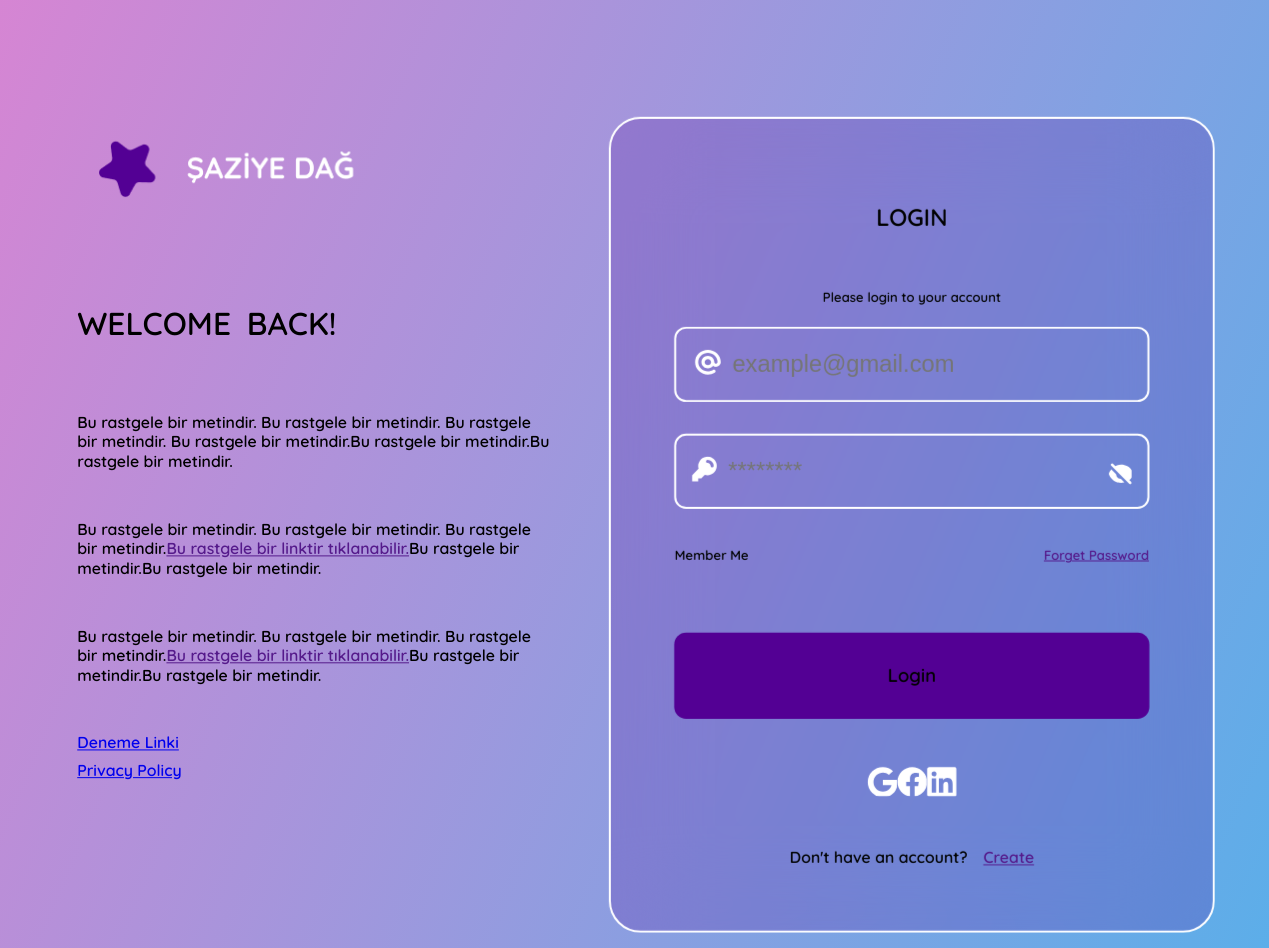
Repository: szydag/login
Page: /
An editor plug-in stored every save of this project. The page is shown before and after the next save, followed by the edit.
The browser window is 1280 px wide. The page is 1282 px wide, so the pictures cover 1282 px, including what lies to the right of the window. The pictures show the whole page, at 99% of full size.
The project was rebuilt for these pictures with package versions that can differ from the ones it lists, and the page was loaded fresh each time. Also part of the build but not shown: src/assets/svgr/unhiddenIcon/index.js.

Above is the page before, as saved 2023-11-01 23:51:57.

### src/index.js
import React from 'react';
import ReactDOM from 'react-dom/client';
import App from './app/index';
import {
    BrowserRouter
} from "react-router-dom";

const root = ReactDOM.createRoot(document.getElementById('root'));
root.render(
    <BrowserRouter>
        <App />
    </BrowserRouter>
);

### src/app/index.js
import LoginPage from "./pages/login";
import useStyles from "./style";

const App = () => {
    const classes = useStyles();
    return <div
        className={classes.main}
    >
        <LoginPage />
    </div>

};

export default App;

### src/app/pages/login/index.js
import React, { useEffect } from 'react'
import useStyles from './style';
import logo from './../../../assets/logo.png'
import MailIcon from './../../../assets/svgr/mailIcon/index.js'
import PasswordIcon from './../../../assets/svgr/passwordIcon/index.js'
import HiddenIcon from './../../../assets/svgr/hiddenIcon/index.js'
import UnhiddenIcon from './../../../assets/svgr/unhiddenIcon/index.js'
import GoogleIcon from './../../../assets/svgr/googleIcon/index.js'
import FacebookIcon from './../../../assets/svgr/facebookIcon/index.js'
import LinkedInIcon from './../../../assets/svgr/linkedInIcon/index.js'
const LoginPage = () => {

    const classes = useStyles();
    return <div
        className={classes.loginPage}
    >
        <div
            className={classes.promotionTexts}
        >
            <div
                className={classes.logo}
            >
                <img
                    src={logo}
                    alt=""
                />
            </div>
            <div
                className={classes.mainContent}
            >
                <div
                    className={classes.title}
                >
                    <h1>WELCOME</h1>
                    <h1>BACK!</h1>
                </div>
                <div
                    className={classes.contentText}
                >
                    <p>
                        Bu rastgele bir metindir. Bu rastgele bir metindir. Bu rastgele bir metindir. Bu rastgele bir metindir.Bu rastgele bir metindir.Bu rastgele bir metindir.
                    </p>
                    <p>
                        Bu rastgele bir metindir. Bu rastgele bir metindir. Bu rastgele bir metindir.
                        <a
                            href=""
                        >
                            Bu rastgele bir linktir tıklanabilir.
                        </a>
                        Bu rastgele bir metindir.Bu rastgele bir metindir.
                    </p>
                    <p>
                        Bu rastgele bir metindir. Bu rastgele bir metindir. Bu rastgele bir metindir.
                        <a
                            href=""
                        >
                            Bu rastgele bir linktir tıklanabilir.
                        </a>
                        Bu rastgele bir metindir.Bu rastgele bir metindir.
                    </p>
                </div>
                <div
                    className={classes.links}
                >
                    <a
                        href="

                    ">
                        Deneme Linki
                    </a>
                    <a
                        href="

                    ">
                        Privacy Policy
                    </a>
                </div>

            </div>
        </div>
        <div
            className={classes.loginAreaContainer}
        >
            <div
                className={classes.loginArea}
            >
                <div
                    className={classes.header}
                >
                    <h2>LOGIN</h2>
                    <h5>Please login to your account</h5>
                </div>
                <div
                    className={classes.container}
                >
                    <div
                        className={classes.loginMainContent}
                    >
                        <div
                            className={classes.inputArea}
                        >
                            <div
                                className={classes.mailInput}
                            >

                                <div
                                    className={classes.content}
                                >
                                    <MailIcon
                                        color='#ffffff'
                                        size={30}
                                    />
                                    <input
                                        className={classes.input}
                                        type="text"
                                        placeholder='example@gmail.com'
                                    />
                                </div>
                            </div>
                            <div
                                className={classes.passwordInput}
                            >
                                <div
                                    className={classes.content}
                                >
                                    <PasswordIcon
                                        color='#ffffff'
                                        size={30}
                                    />
                                    <input
                                        className={classes.input}
                                        type="password"
                                        placeholder='********'
                                    />
                                    <HiddenIcon
                                        color='#ffffff'
                                        size={30}
                                    />
                                </div>


                            </div>
                        </div>
                        <div
                            className={classes.passwordSettingsArea}
                        >
                            <div
                                className={classes.memberMeArea}
                            >
                                <h5>Member Me</h5>
                            </div>
                            <h5>
                                <a href="">
                                    Forget Password
                                </a>
                            </h5>
                        </div>
                    </div>
                    <div
                        className={classes.loginButton}
                    >
                        <h3>Login</h3>
                    </div>
                </div>
                <div
                    className={classes.accountSettings}
                >
                    <div
                        className={classes.accountSettingsTitle}
                    >

                    </div>
                    <div
                        className={classes.socialMediaIcons}
                    >
                        <GoogleIcon
                            color='#ffffff'
                            size={30}
                        />
                        <FacebookIcon
                            color='#ffffff'
                            size={30}
                        />
                        <LinkedInIcon
                            color='#ffffff'
                            size={30}
                        />
                    </div>
                    <div
                        className={classes.newAccountArea}
                    >
                        <span>
                            Don't have an account?
                        </span>
                        <a href="">
                            Create
                        </a>
                    </div>
                </div>
            </div>
        </div>
    </div>
}

export default LoginPage;

### src/app/style.js
import { createUseStyles } from "react-jss";

const useStyles = createUseStyles({
    "@font-face": [
        {
            fontFamily: "Quicksand-Bold",
            src: 'url("/public/assets/fonts/Quicksand-Bold.ttf")',
            fontStyle: "normal"
        },
        {
            fontFamily: "Quicksand-Light",
            src: 'url("/public/assets/fonts/Quicksand-Light.ttf")',
            fontStyle: "normal"
        },
        {
            fontFamily: "Quicksand-Medium",
            src: 'url("/public/assets/fonts/Quicksand-Medium.ttf")',
            fontStyle: "normal"
        },
        {
            fontFamily: "Quicksand-Regular",
            src: 'url("/public/assets/fonts/Quicksand-Regular.ttf")',
            fontStyle: "normal"
        },
        {
            fontFamily: "Quicksand-SemiBold",
            src: 'url("/public/assets/fonts/Quicksand-SemiBold.ttf")',
            fontStyle: "normal"
        }
    ],
    main: {
        fontFamily: "Quicksand-SemiBold",
        width: '100%',
        height: '100%',
    },
})
export default useStyles;

### src/app/pages/login/style.js

import { createUseStyles } from "react-jss";

const useStyles = createUseStyles({
    "@font-face": [
        {
            fontFamily: "Quicksand-Bold",
            src: 'url("/public/assets/fonts/Quicksand-Bold.ttf")',
            fontStyle: "normal"
        },
        {
            fontFamily: "Quicksand-Light",
            src: 'url("/public/assets/fonts/Quicksand-Light.ttf")',
            fontStyle: "normal"
        },
        {
            fontFamily: "Quicksand-Medium",
            src: 'url("/public/assets/fonts/Quicksand-Medium.ttf")',
            fontStyle: "normal"
        },
        {
            fontFamily: "Quicksand-Regular",
            src: 'url("/public/assets/fonts/Quicksand-Regular.ttf")',
            fontStyle: "normal"
        },
        {
            fontFamily: "Quicksand-SemiBold",
            src: 'url("/public/assets/fonts/Quicksand-SemiBold.ttf")',
            fontStyle: "normal"
        }
    ],
    h1: {
        fontFamily: 'Quicksand-SemiBold',
    },
    loginPage: {
        margin: "-10px",
        height: '100vh',
        display: 'flex',
        padding: '120px 80px',
        alignItems: 'flex-start',
        gap: '80px',
        background: 'linear-gradient(113deg, #B9A675 0%, #D685D3 0%, #5CAEE9 100%)',
    },
    promotionTexts: {
        width: '50%',
        display: 'flex',
        flexDirection: 'column',
        alignItems: 'flex-start',
        gap: '64px',
    },
    logo: {
        display: 'flex',
        alignItems: 'center',
        gap: '8px',
    },
    mainContent: {
        display: 'flex',
        flexDirection: 'column',
        justifyContent: ' center',
        alignItems: 'flex-start',
        gap: '32px',
    },
    title: {
        display: 'flex',
        alignItems: 'flex-start',
        gap: '16px',
    },
    contentText: {
        display: 'flex',
        flexDirection: 'column',
        alignItems: 'flex - start',
        gap: '16px',
    },
    links: {
        display: 'flex',
        flexDirection: 'column',
        alignItems: 'flex-start',
        gap: '8px',
    },
    loginAreaContainer: {
        width: '50%',
        display: 'flex',
        flexDirection: 'column',
        justifyContent: 'center',
        alignItems: 'center',
    },
    loginArea: {
        display: 'flex',
        padding: '64px',
        flexDirection: 'column',
        justifyContent: 'center',
        alignItems: 'center',
        borderRadius: '32px',
        border: '2px solid #FFF',
        background: 'rgba(83, 0, 148, 0.20)',
        backdropFilter: 'blur(45px)',
    },
    header: {
        display: 'flex',
        flexDirection: 'column',
        alignItems: 'center',
        gap: '16px',
    },
    container: {
        display: 'flex',
        flexDirection: 'column',
        alignItems: 'flex-start',
        gap: '48px',
        alignSelf: 'stretch',
    },
    loginMainContent: {
        display: 'flex',
        flexDirection: 'column',
        justifyContent: 'center',
        alignItems: 'center',
        gap: '16px',
        alignSelf: 'stretch',
    },
    inputArea: {
        display: 'flex',
        flexDirection: 'column',
        alignItems: 'flex-start',
        gap: '32px',
        alignSelf: 'stretch',
    },
    mailInput: {
        display: 'flex',
        height: '40px',
        padding: '16px',
        flexDirection: 'column',
        justifyContent: 'center',
        alignItems: 'flex-start',
        borderRadius: '12px',
        border: '2px solid #FFF',
        alignSelf: 'stretch',
    },
    content: {
        width: '100%',
        height: '100%',
        display: 'flex',
        justifyContent: 'center',
        alignItems: 'center',
        gap: '6px',
    },
    input: {
        width: '90%',
        height: '100%',
        border: 'none',
        background: 'rgba(255, 255, 255, 0.00)',
        color: '#530094',
        fontSize: '24px'
    },
    passwordInput: {
        display: 'flex',
        height: '40px',
        padding: '16px',
        justifyContent: 'space-between',
        alignItems: 'center',
        alignSelf: 'stretch',
        borderRadius: '12px',
        border: '2px solid #FFF',
    },
    passwordSettingsArea: {
        display: 'flex',
        justifyContent: 'space-between',
        alignItems: 'flex-start',
        alignSelf: 'stretch',
    },
    memberMeArea: {
        display: 'flex',
        alignItems: 'center',
        gap: '16px',
    },
    loginButton: {
        display: 'flex',
        padding: '13px 215px',
        justifyContent: 'center',
        alignItems: 'center',
        gap: '10px',
        alignSelf: 'stretch',
        borderRadius: '12px',
        background: '#530094',
    },
    accountSettings: {
        display: 'flex',
        flexDirection: 'column',
        alignItems: 'center',
        gap: '48px',
    },
    accountSettingsTitle: {
        display: 'flex',
        justifyContent: 'center',
        alignItems: 'center',
        gap: '8px',
    },
    socialMediaIcons: {
        gap: '40px'
    },
    newAccountArea: {
        display: 'flex',
        justifyContent: 'center',
        alignItems: 'flex-start',
        gap: '16px',
    },
})
export default useStyles;

### src/assets/svgr/mailIcon/index.js
import * as React from "react"
const MailIcon = ({
    color = "#ffffff",
    size = 30,
    ...props
}) => {
    const pathScale = 30 / size;
    return <svg
        xmlns="http://www.w3.org/2000/svg"
        width={size}
        height={size}
        fill="none"
        {...props}
    >
        <path
            fill={color}
            transform={`scale(${1 / 1})`}
            d="M19.894 6.125c-3.807-3.661-9.98-3.661-13.788 0s-3.808 9.597 0 13.258c3.31 3.183 8.41 3.6 12.187 1.248.753-.47 1.759-.263 2.247.461.488.725.273 1.692-.48 2.161-5.038 3.138-11.837 2.586-16.252-1.66-5.077-4.881-5.077-12.796 0-17.678 5.076-4.881 13.308-4.881 18.384 0C24.73 6.355 26 9.558 26 12.755c0 2.588-2.183 4.687-4.875 4.687a4.982 4.982 0 0 1-2.925-.937c-1.186 1.517-3.074 2.5-5.2 2.5-3.59 0-6.5-2.799-6.5-6.25 0-3.453 2.91-6.25 6.5-6.25s6.5 2.797 6.5 6.25c0 .862.727 1.562 1.625 1.562s1.625-.7 1.625-1.563c0-2.402-.952-4.798-2.856-6.629Zm-3.644 6.63c0-1.727-1.455-3.126-3.25-3.126s-3.25 1.4-3.25 3.125c0 1.726 1.455 3.125 3.25 3.125s3.25-1.399 3.25-3.125Z"
        />
    </svg>
}
export default MailIcon

### src/assets/svgr/passwordIcon/index.js
import * as React from "react"
const PasswordIcon = ({
    color = "#ffffff",
    size = 30,
    ...props
}) => {
    const pathScale = 30 / size;
    return <svg
        xmlns="http://www.w3.org/2000/svg"
        width={size}
        height={size}
        fill="none"
        {...props}
    >
        <path
            fill={color}
            transform={`scale(${1 / 1})`}
            d="M25 9.63a9.375 9.375 0 0 1-12.098 8.972L9.375 22.13H6.25v3.125H0v-6.25l6.652-6.652A9.375 9.375 0 1 1 25 9.63Zm-9.375-6.25a1.563 1.563 0 0 0 0 3.124c1.726 0 3.125 1.4 3.125 3.125a1.563 1.563 0 0 0 3.125 0 6.25 6.25 0 0 0-6.25-6.25Z"
        />
    </svg>
}
export default PasswordIcon

### src/assets/svgr/hiddenIcon/index.js
import * as React from "react"
const HiddenIcon = ({
    color = "#ffffff",
    size = 30,
    ...props
}) => {
    const pathScale = 30 / size;
    return <svg
        xmlns="http://www.w3.org/2000/svg"
        width={size}
        height={size}
        fill="none"
        {...props}
    >
        <path
            fill={color}
            transform={`scale(${1 / 1})`}
            d="M9.256 7.404a1.31 1.31 0 1 0-1.852 1.853l18.34 18.34a1.31 1.31 0 1 0 1.852-1.854l-1.93-1.93A13.119 13.119 0 0 0 30 17.5c-1.67-5.315-6.634-9.17-12.5-9.17-2.127 0-4.135.507-5.911 1.407L9.256 7.404Zm5.582 5.582 1.983 1.983a2.62 2.62 0 0 1 3.21 3.21l1.983 1.983a5.24 5.24 0 0 0-7.176-7.176Z"
        />
        <path
            fill="#fff"
            d="m20.715 26.273-3.543-3.543a5.24 5.24 0 0 1-4.902-4.902L7.46 13.017A13.074 13.074 0 0 0 5 17.5c1.67 5.315 6.634 9.17 12.5 9.17 1.11 0 2.186-.138 3.215-.398Z"
        />
    </svg>
}
export default HiddenIcon

### src/assets/svgr/googleIcon/index.js
import * as React from "react"
const GoogleIcon = ({
    color = "#ffffff",
    size = 30,
    ...props
}) => {
    const pathScale = 30 / size;
    return <svg
        xmlns="http://www.w3.org/2000/svg"
        width={size}
        height={size}
        fill="none"
        {...props}
    >
        <path
            fill={color}
            transform={`scale(${1 / 1})`}
            d="M30.5 16.357c0 8.698-5.957 14.889-14.754 14.889A15.228 15.228 0 0 1 .5 16 15.228 15.228 0 0 1 15.746.754c4.106 0 7.561 1.506 10.223 3.99l-4.15 3.99C16.392 3.496 6.298 7.43 6.298 16c0 5.318 4.248 9.627 9.449 9.627 6.037 0 8.3-4.328 8.656-6.572h-8.656v-5.243H30.26c.142.78.24 1.53.24 2.545Z"
        />
    </svg>
}
export default GoogleIcon

### src/assets/svgr/facebookIcon/index.js
import * as React from "react"
const FacebookIcon = ({
    color = "#ffffff",
    size = 30,
    ...props
}) => {
    const pathScale = 30 / size;
    return <svg
        xmlns="http://www.w3.org/2000/svg"
        width={size}
        height={size}
        fill="none"
        {...props}
    >
        <path
            fill={color}
            transform={`scale(${1 / 1})`}
            d="M30.5 15.754c0-8.286-6.714-15-15-15s-15 6.714-15 15c0 7.487 5.485 13.692 12.656 14.819V20.09h-3.81v-4.336h3.81V12.45c0-3.759 2.238-5.835 5.666-5.835 1.641 0 3.358.293 3.358.293v3.689h-1.892c-1.863 0-2.444 1.156-2.444 2.343v2.815h4.16l-.666 4.336h-3.494v10.483C25.014 29.446 30.5 23.24 30.5 15.754Z"
        />
    </svg>
}
export default FacebookIcon

### src/assets/svgr/linkedInIcon/index.js
import * as React from "react"
const LinkedInIcon = ({
    color = "#ffffff",
    size = 30,
    ...props
}) => {
    const pathScale = 30 / size;
    return <svg
        xmlns="http://www.w3.org/2000/svg"
        width={size}
        height={size}
        fill="none"
        {...props}
    >
        <path
            fill={color}
            transform={`scale(${1 / 1})`}
            d="M28.357.754H2.637C1.456.754.5 1.725.5 2.917v25.674c0 1.192.958 2.163 2.136 2.163h25.721c1.179 0 2.143-.97 2.143-2.163V2.917c0-1.192-.964-2.163-2.143-2.163ZM9.567 26.468H5.121V12.151h4.453v14.317h-.007ZM7.344 10.196a2.58 2.58 0 0 1 0-5.156 2.584 2.584 0 0 1 2.578 2.578 2.575 2.575 0 0 1-2.578 2.578Zm18.89 16.272h-4.446v-6.964c0-1.66-.034-3.797-2.31-3.797-2.317 0-2.672 1.808-2.672 3.677v7.084h-4.447V12.151h4.266v1.956h.06c.596-1.125 2.05-2.31 4.212-2.31 4.5 0 5.337 2.966 5.337 6.823v7.848Z"
        />
    </svg>
}
export default LinkedInIcon

Loaded but not shown: public/index.html (common file)

After the next save:
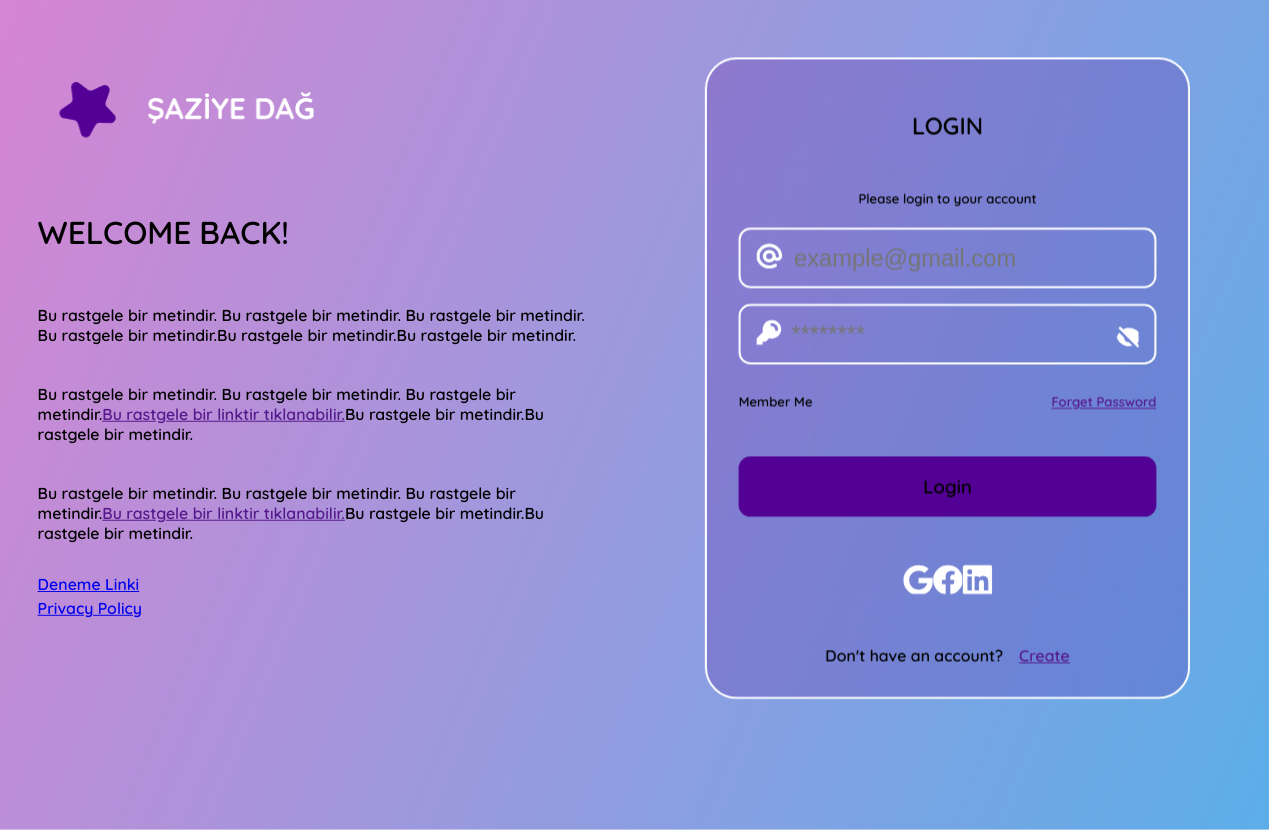
Saved 11 min 59 s later.
--- a/src/app/pages/login/style.js
+++ b/src/app/pages/login/style.js
@@ -36,9 +36,9 @@ const useStyles = createUseStyles({
         margin: "-10px",
         height: '100vh',
         display: 'flex',
-        padding: '120px 80px',
-        alignItems: 'flex-start',
-        gap: '80px',
+        padding: '60px 40px',
+        alignItems: 'flex-start',
+        gap: '64px',
         background: 'linear-gradient(113deg, #B9A675 0%, #D685D3 0%, #5CAEE9 100%)',
     },
     promotionTexts: {
@@ -46,7 +46,7 @@ const useStyles = createUseStyles({
         display: 'flex',
         flexDirection: 'column',
         alignItems: 'flex-start',
-        gap: '64px',
+        gap: '32px',
     },
     logo: {
         display: 'flex',
@@ -58,24 +58,24 @@ const useStyles = createUseStyles({
         flexDirection: 'column',
         justifyContent: ' center',
         alignItems: 'flex-start',
-        gap: '32px',
+        gap: '16px',
     },
     title: {
         display: 'flex',
         alignItems: 'flex-start',
-        gap: '16px',
+        gap: '8px',
     },
     contentText: {
         display: 'flex',
         flexDirection: 'column',
         alignItems: 'flex - start',
-        gap: '16px',
+        gap: '8px',
     },
     links: {
         display: 'flex',
         flexDirection: 'column',
         alignItems: 'flex-start',
-        gap: '8px',
+        gap: '4px',
     },
     loginAreaContainer: {
         width: '50%',
@@ -86,7 +86,7 @@ const useStyles = createUseStyles({
     },
     loginArea: {
         display: 'flex',
-        padding: '64px',
+        padding: '32px',
         flexDirection: 'column',
         justifyContent: 'center',
         alignItems: 'center',
@@ -99,33 +99,33 @@ const useStyles = createUseStyles({
         display: 'flex',
         flexDirection: 'column',
         alignItems: 'center',
+        gap: '8px',
+    },
+    container: {
+        display: 'flex',
+        flexDirection: 'column',
+        alignItems: 'flex-start',
+        gap: '24px',
+        alignSelf: 'stretch',
+    },
+    loginMainContent: {
+        display: 'flex',
+        flexDirection: 'column',
+        justifyContent: 'center',
+        alignItems: 'center',
+        gap: '8px',
+        alignSelf: 'stretch',
+    },
+    inputArea: {
+        display: 'flex',
+        flexDirection: 'column',
+        alignItems: 'flex-start',
         gap: '16px',
-    },
-    container: {
-        display: 'flex',
-        flexDirection: 'column',
-        alignItems: 'flex-start',
-        gap: '48px',
-        alignSelf: 'stretch',
-    },
-    loginMainContent: {
-        display: 'flex',
-        flexDirection: 'column',
-        justifyContent: 'center',
-        alignItems: 'center',
-        gap: '16px',
-        alignSelf: 'stretch',
-    },
-    inputArea: {
-        display: 'flex',
-        flexDirection: 'column',
-        alignItems: 'flex-start',
-        gap: '32px',
         alignSelf: 'stretch',
     },
     mailInput: {
         display: 'flex',
-        height: '40px',
+        height: '25px',
         padding: '16px',
         flexDirection: 'column',
         justifyContent: 'center',
@@ -152,7 +152,7 @@ const useStyles = createUseStyles({
     },
     passwordInput: {
         display: 'flex',
-        height: '40px',
+        height: '25px',
         padding: '16px',
         justifyContent: 'space-between',
         alignItems: 'center',
@@ -169,14 +169,13 @@ const useStyles = createUseStyles({
     memberMeArea: {
         display: 'flex',
         alignItems: 'center',
-        gap: '16px',
+        gap: '8px',
     },
     loginButton: {
-        display: 'flex',
-        padding: '13px 215px',
-        justifyContent: 'center',
-        alignItems: 'center',
-        gap: '10px',
+        width: "100%",
+        display: 'flex',
+        justifyContent: 'center',
+        alignItems: 'center',
         alignSelf: 'stretch',
         borderRadius: '12px',
         background: '#530094',
